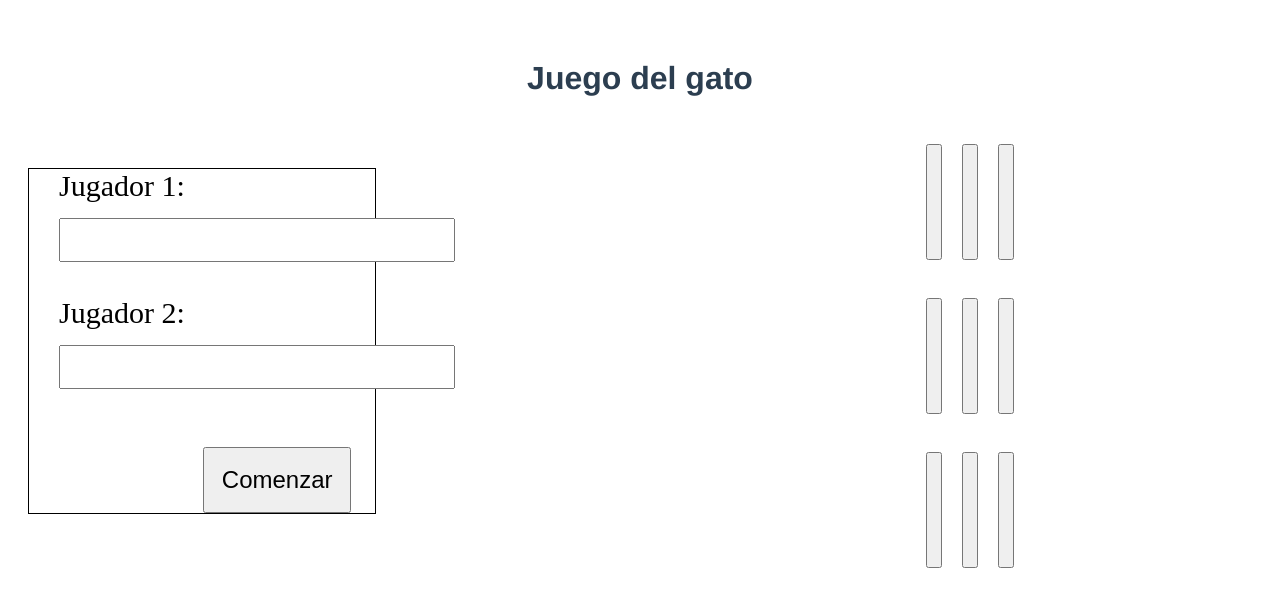
Repository: franciscamanquecheo/Taller-2
Page: / (app in vite-project/)
The author's editor kept a copy of each file at every save. The page is drawn from the files as they stood at one save, then again after the next save.
The browser window is 1280 px wide. The pictures show the whole page.
The project was rebuilt for these pictures with package versions that can differ from the ones it lists, and the page was loaded fresh each time. Also part of the build but not shown: vite-project/vite.config.ts.

Above is the page before, as saved 2022-06-17 18:05:10.

After the next save:
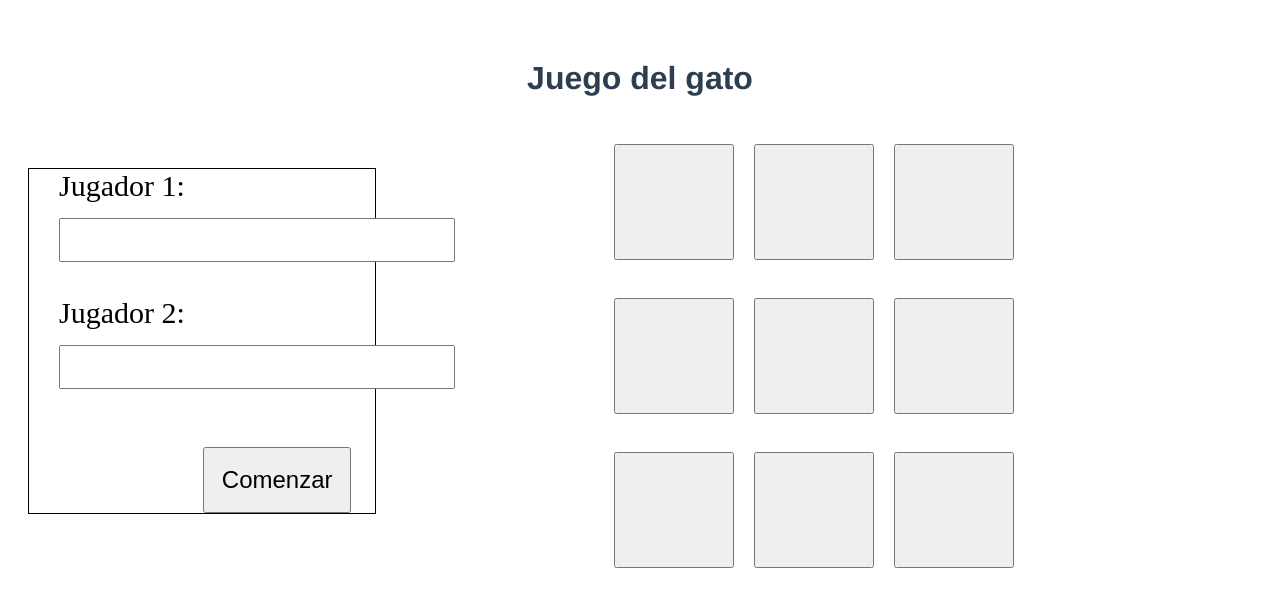
Saved 4 s later.
--- a/vite-project/src/App.vue
+++ b/vite-project/src/App.vue
@@ -79,7 +79,7 @@ article#Tablero input{
 
   font-size: 6em;
   height: 100 px;
-  width: 10px;
+  width: 120px;
   margin: 10px;
 
 }
